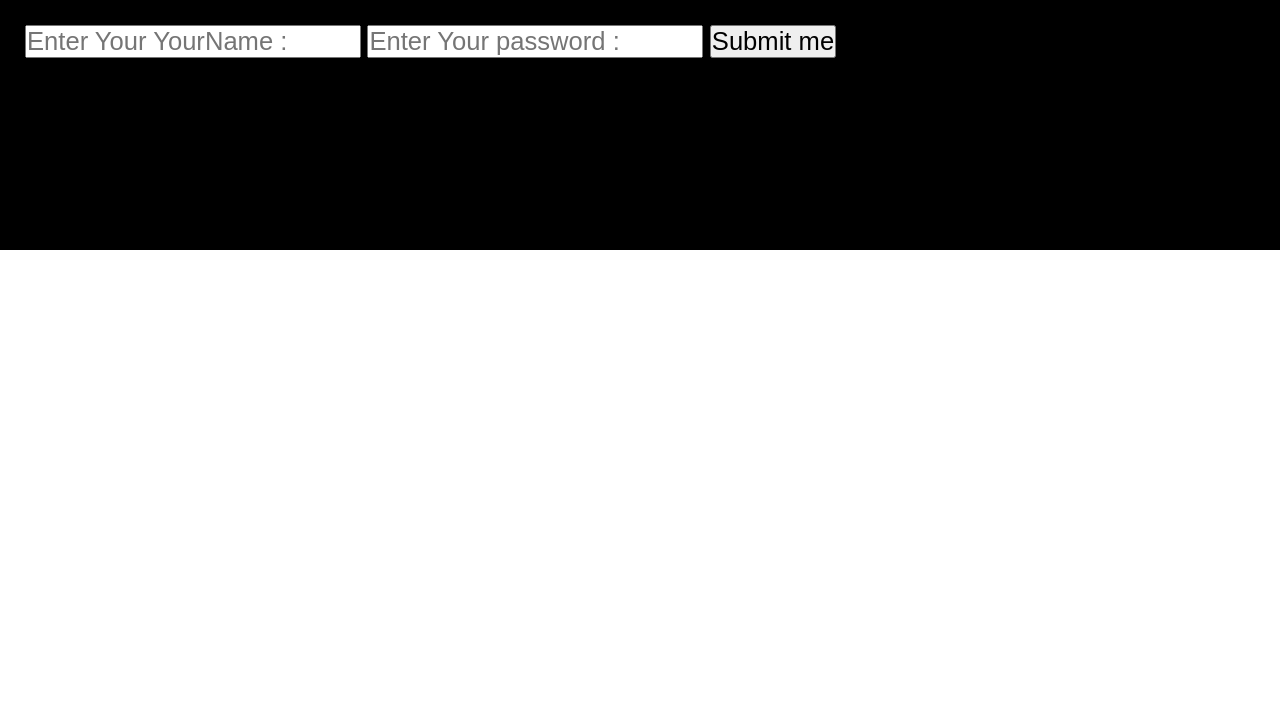
Repository: Deepak-Mane1902/simple-Calculator-using-JSP-Servlet
Page: http://localhost/webProject/
The author's editor kept a copy of each file at every save. The page is drawn from the files as they stood at one save, then again after the next save.
The browser window is 1280 px wide. The pictures show the whole page.
The page is served by Tomcat 9. Other server files are loaded and not shown.

Above is the page before, as saved 2024-12-14 17:36:29.

### webProject/src/main/webapp/index.html
<!DOCTYPE html>
<html>
<head>
<meta charset="UTF-8">
<title>Insert title here</title>
<link rel="stylesheet" href="style.css" >
</head>
<body>
<form action="myServlet" method="Post">
<input name="username" placeholder="Enter Your YourName : "></input>
<input name="password" placeholder="Enter Your password : "></input>
<button>Submit me</button>
</form>
</body>
</html>

### webProject/src/main/webapp/style.css
*{
	margin:0;
	padding:0;
	font-size:2vw;
}
html,body{
	width:100%;
	height:100%;
}
form{
	padding:25px;
	background-color:black;
	height:200px;

}

After the next save:
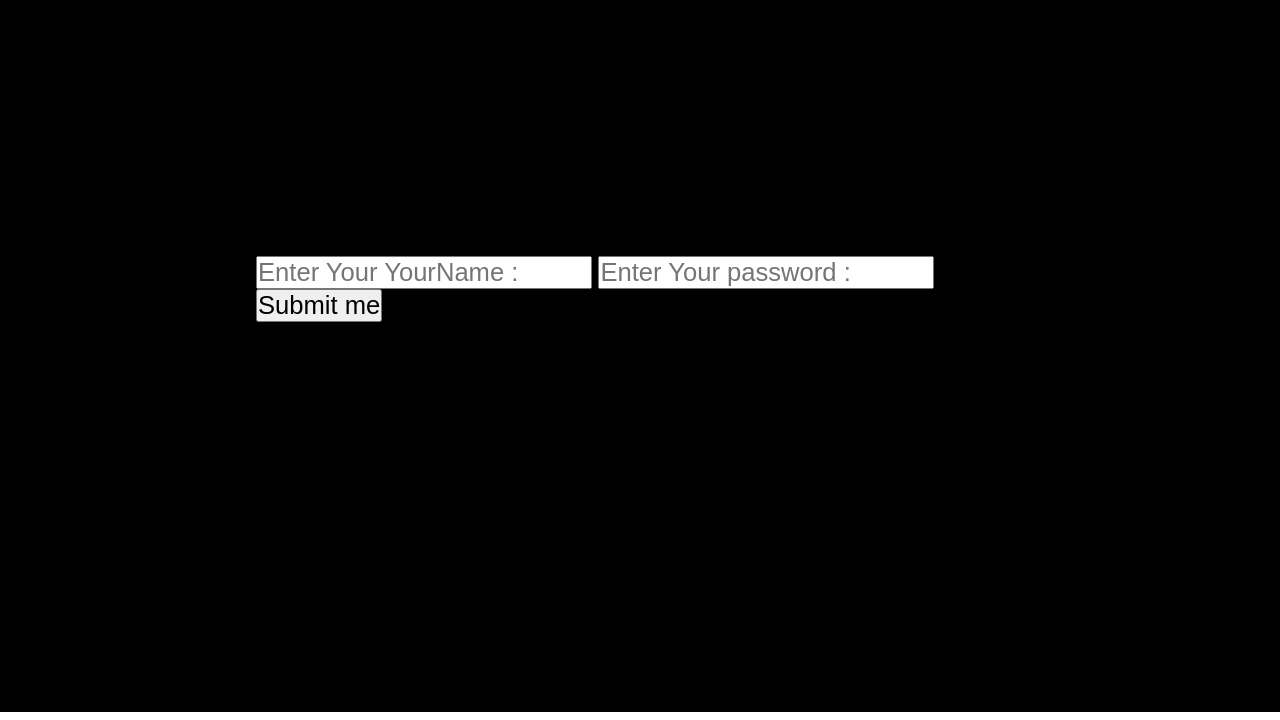
Saved 10 s later.
--- a/webProject/src/main/webapp/style.css
+++ b/webProject/src/main/webapp/style.css
@@ -8,7 +8,7 @@
 	height:100%;
 }
 form{
-	padding:25px;
+	padding:20%;
 	background-color:black;
 	height:200px;
 
